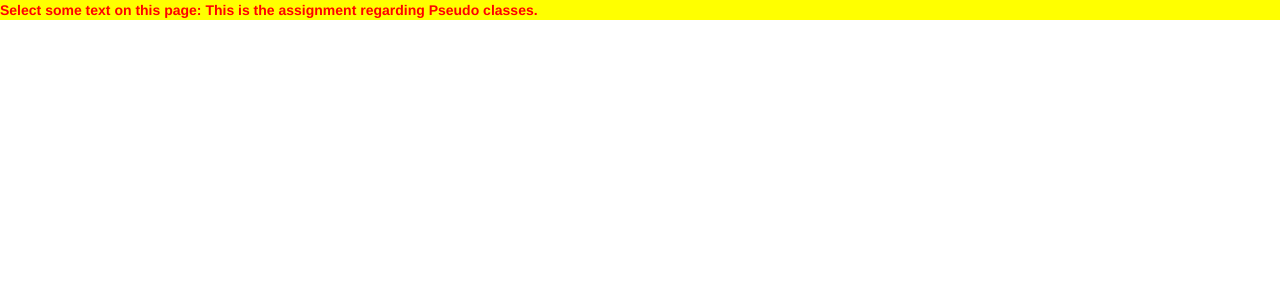
Repository: vaibhavkri/Trendnxt-Projects
Page: bootstrap/Bootstrap– L3 Assignment/Topic 5 CSS Pseudo-classes/Assignment1.html
An editor plug-in stored every save of this project. The page is shown before and after the next save, followed by the edit.
The browser window is 1280 px wide. The pictures show the whole page.

Above is the page before, as saved 2018-10-23 14:00:44.

After the next save:
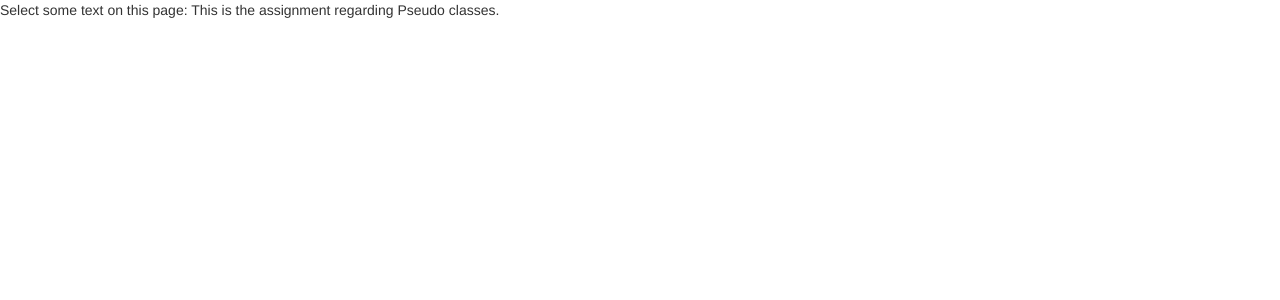
Saved 26 s later.
--- a/bootstrap/Bootstrap– L3 Assignment/Topic 5 CSS Pseudo-classes/Assignment1.html
+++ b/bootstrap/Bootstrap– L3 Assignment/Topic 5 CSS Pseudo-classes/Assignment1.html
@@ -20,7 +20,7 @@
 
 <body>
 
-    <p class="heading">Select some text on this page: This is the assignment regarding Pseudo classes.</p>
+    <p>Select some text on this page: This is the assignment regarding Pseudo classes.</p>
 
 
 
